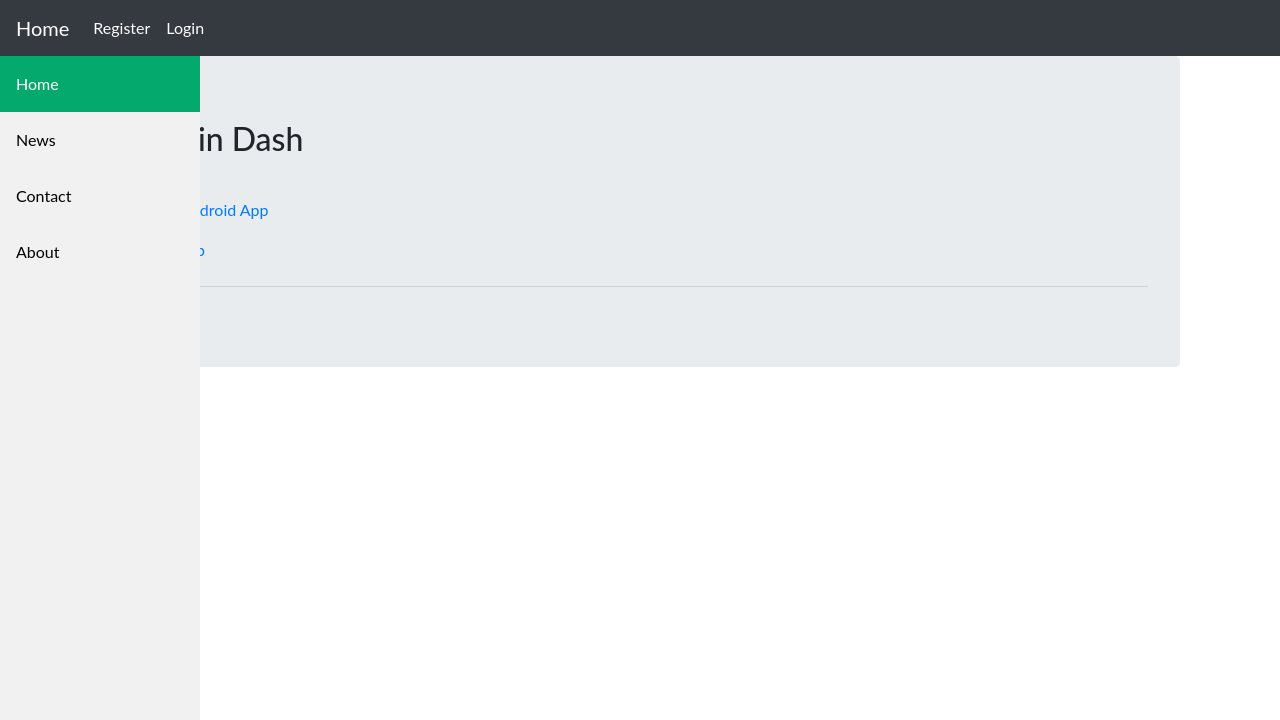
Repository: prabhat8701/nextgrowth_lab_task-main
Page: http://localhost/adminDash/
The author's editor kept a copy of each file at every save. The page is drawn from the files as they stood at one save, then again after a run of saves.
The browser window is 1280 px wide. The pictures show the whole page.
The page is served by the project's application, run on Django 4.2 (manage.py).

Above is the page before, as saved 2023-07-31 18:26:01.

After the next 4 saves:
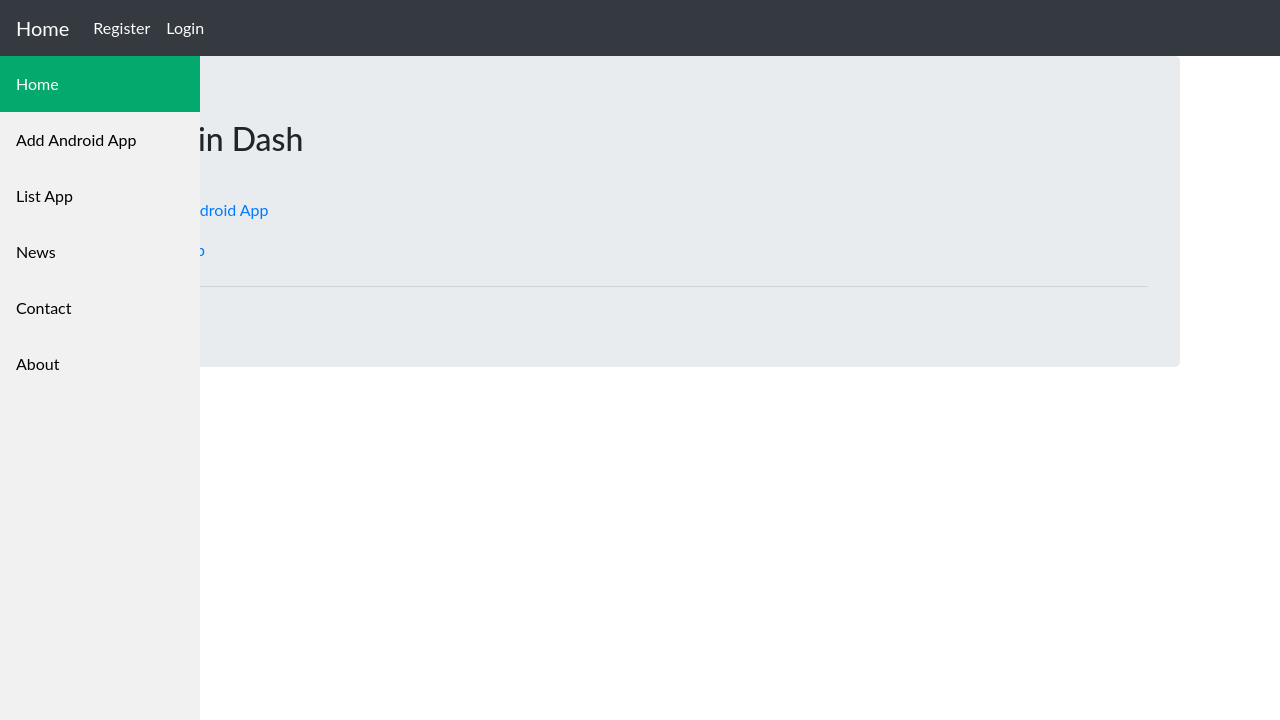
The 4 saves are shown as one change because they came seconds apart.
The last was saved 118 s later.
--- a/nextgrowAi/SET_2/next_project/templates/gradesApp/base1.html
+++ b/nextgrowAi/SET_2/next_project/templates/gradesApp/base1.html
@@ -104,6 +104,8 @@ div.content {
 
 <div class="sidebar">
   <a class="active" href="#home">Home</a>
+  <a class="nav-link" href="{% url 'add_android_app' %}">Add Android App</a>
+  <a class="nav-link" href="{% url 'app_list' %}">List App</a>
   <a href="#news">News</a>
   <a href="#contact">Contact</a>
   <a href="#about">About</a>
